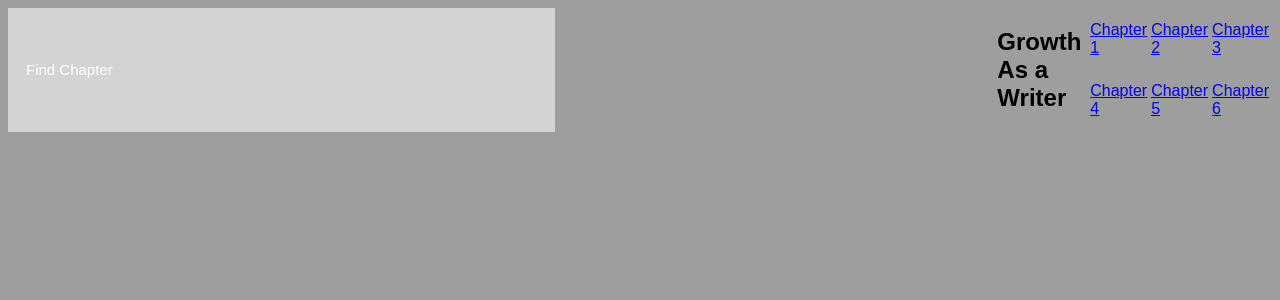
Repository: jpaisiem/WP-4
Page: index.html
These files come from the project's save history. The page is drawn as it stood at one moment and after the next save; the edit follows.
The browser window is 1280 px wide. The pictures show the whole page.

Above is the page before, as saved 2025-04-29 12:02:15.

### index.html
<!DOCTYPE html>
<html>
<head>
<meta name="viewport" content="width=device-width, initial-scale=1">
<style>
    body{
        background-color: #9e9e9e;
        font-family: Arial, sans-serif;
    }
.collapsible {
  background-color: #777;
  color: white;
  cursor: pointer;
  padding: 18px;
  width: 100%;
  border: none;
  text-align: left;
  outline: none;
  font-size: 15px;
}

.active, .collapsible:hover {
  background-color: #555;
}
.content {
  padding: 0 18px;
  display: none;
  overflow: hidden;
  background-color: #f1f1f1;
}
</style>
</head>
<body>
<div style=" text-align: left; display: flex; flex-direction: row;"><button type="button" class="collapsible" style="margin-right: 35%; background-color: lightgray; border-color: transparent;">Find Chapter</button><h2>Growth As a Writer</h2>
  <br>
  <br>
  <br> <table>
    <tr>
      <td><a href="#">Chapter 1</a></td>
      <td><a href="#">Chapter 2</a></td>
      <td><a href="#">Chapter 3</a></td>
    </tr>
    <tr>
      <td><a href="#">Chapter 4</a></td>
      <td><a href="#">Chapter 5</a></td>
      <td><a href="#">Chapter 6</a></td>
    </tr>
  </table>
</div>

<script>
var coll = document.getElementsByClassName("collapsible");
var i;

for (i = 0; i < coll.length; i++) {
  coll[i].addEventListener("click", function() {
    this.classList.toggle("active");
    var content = this.nextElementSibling;
    if (content.style.display === "block") {
      content.style.display = "none";
    } else {
      content.style.display = "block";
    }
  });
}
</script>


</body>
</html>

After the next save:
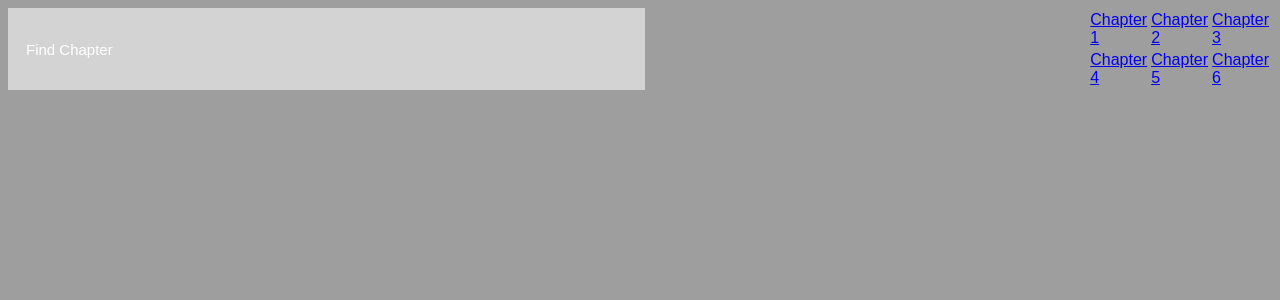
Saved 14 s later.
--- a/index.html
+++ b/index.html
@@ -31,7 +31,7 @@
 </style>
 </head>
 <body>
-<div style=" text-align: left; display: flex; flex-direction: row;"><button type="button" class="collapsible" style="margin-right: 35%; background-color: lightgray; border-color: transparent;">Find Chapter</button><h2>Growth As a Writer</h2>
+<div style=" text-align: left; display: flex; flex-direction: row;"><button type="button" class="collapsible" style="margin-right: 35%; background-color: lightgray; border-color: transparent;">Find Chapter</button>
   <br>
   <br>
   <br> <table>
